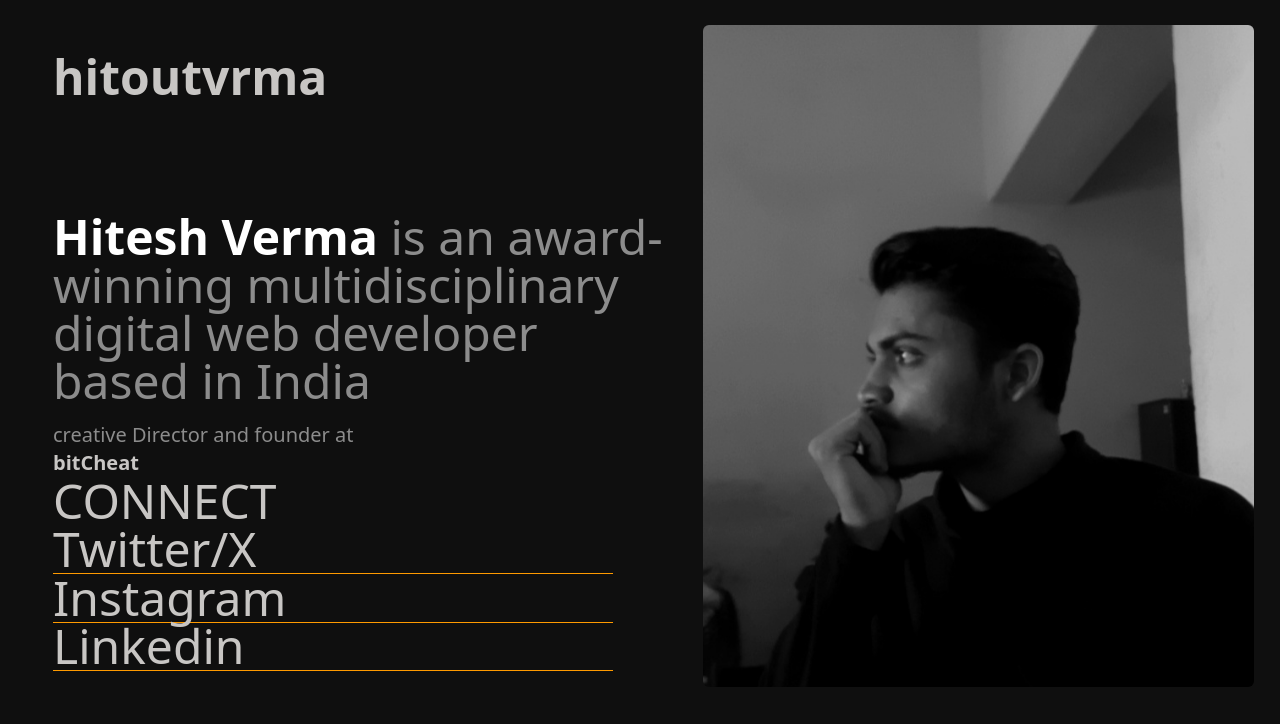
Repository: hitoutvrma/portfolio
Page: /
An editor plug-in stored every save of this project. The page is shown before and after a run of saves, followed by the edit.
The browser window is 1280 px wide. The pictures show the whole page.
The project was rebuilt for these pictures with package versions that can differ from the ones it lists, and the page was loaded fresh each time. Also part of the build but not shown: vite.config.js.

Above is the page before, as saved 2025-03-07 01:14:19.

After the next 3 saves:
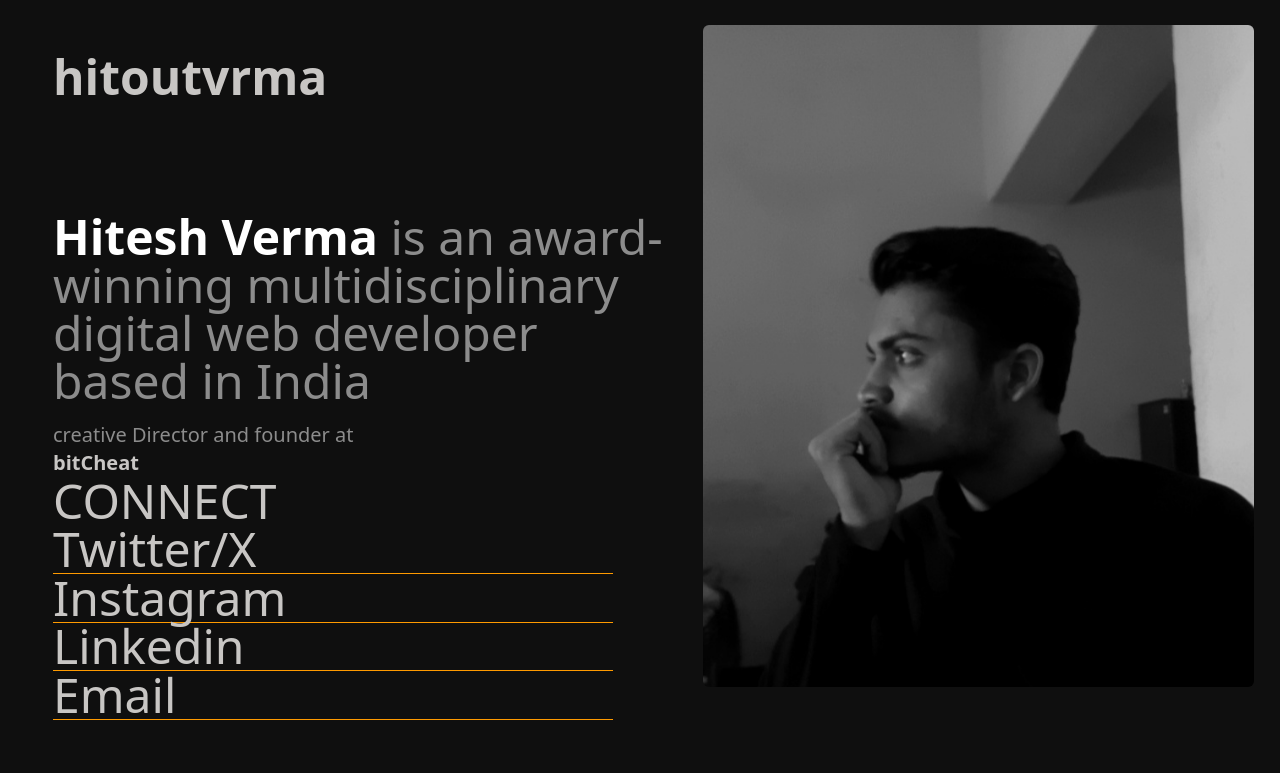
The 3 saves are shown as one change because they came seconds apart.
The last was saved 12 s later.
--- a/src/App.jsx
+++ b/src/App.jsx
@@ -20,6 +20,8 @@ function App() {
           <div className='w-[90%] h-[0.1vh] bg-amber-500'></div>
           <p>Linkedin</p>
           <div className='w-[90%] h-[0.1vh] bg-amber-500'></div>
+          <p>Email</p>
+          <div className='w-[90%] h-[0.1vh] bg-amber-500'></div>
         </div>
         </div>
         <div style={{ backgroundImage: "url('/user.jpg')" }} className=' bg-cover bg-center w-[43vw] h-[92vh]  bg-[#3a3a3a] rounded-md'>
